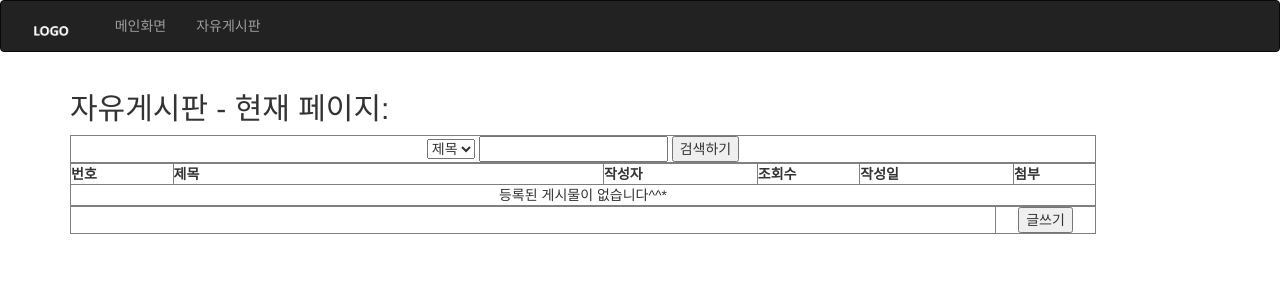
Repository: bhj305/JSP_Bulletin_Board
Page: http://localhost/BulletinBoard/14MVCBoard/List.jsp
These files come from the project's save history. The page is drawn as it stood at one moment and after the next save; the edit follows.
The browser window is 1280 px wide. The pictures show the whole page.
The page is served by Tomcat 10. The template is opened directly, without the code that normally fills it, so the values that code supplies are empty.

Above is the page before, as saved 2025-05-17 08:09:20.

After the next save:
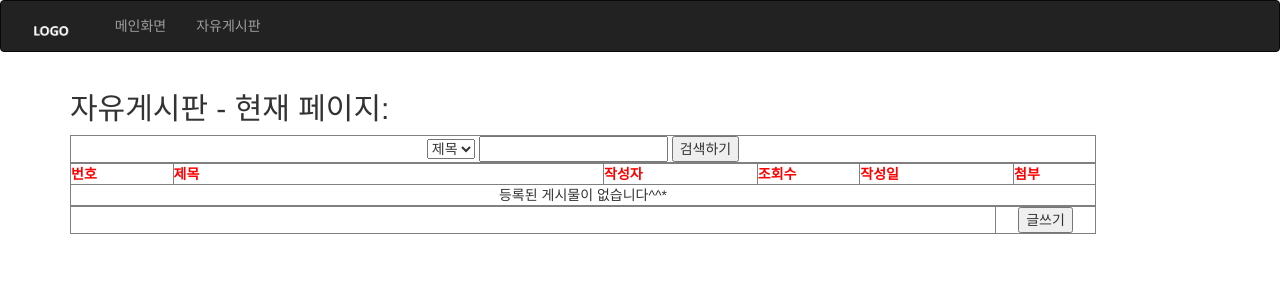
Saved 21 s later.
--- a/BulletinBoard/src/main/webapp/14MVCBoard/List.jsp
+++ b/BulletinBoard/src/main/webapp/14MVCBoard/List.jsp
@@ -9,7 +9,7 @@
 		<title>자유게시판</title>
 		<style>
 			a{text-decoration: none;}
-			th{text-align: center}
+			th{color: red}}
 
 		</style>
 	</head>

After the save that followed:
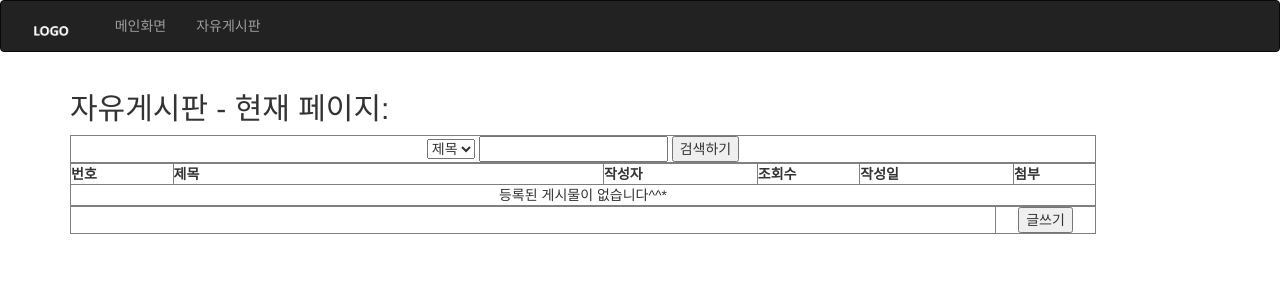
Saved 9 s later.
--- a/BulletinBoard/src/main/webapp/14MVCBoard/List.jsp
+++ b/BulletinBoard/src/main/webapp/14MVCBoard/List.jsp
@@ -9,7 +9,7 @@
 		<title>자유게시판</title>
 		<style>
 			a{text-decoration: none;}
-			th{color: red}}
+			th{}
 
 		</style>
 	</head>
